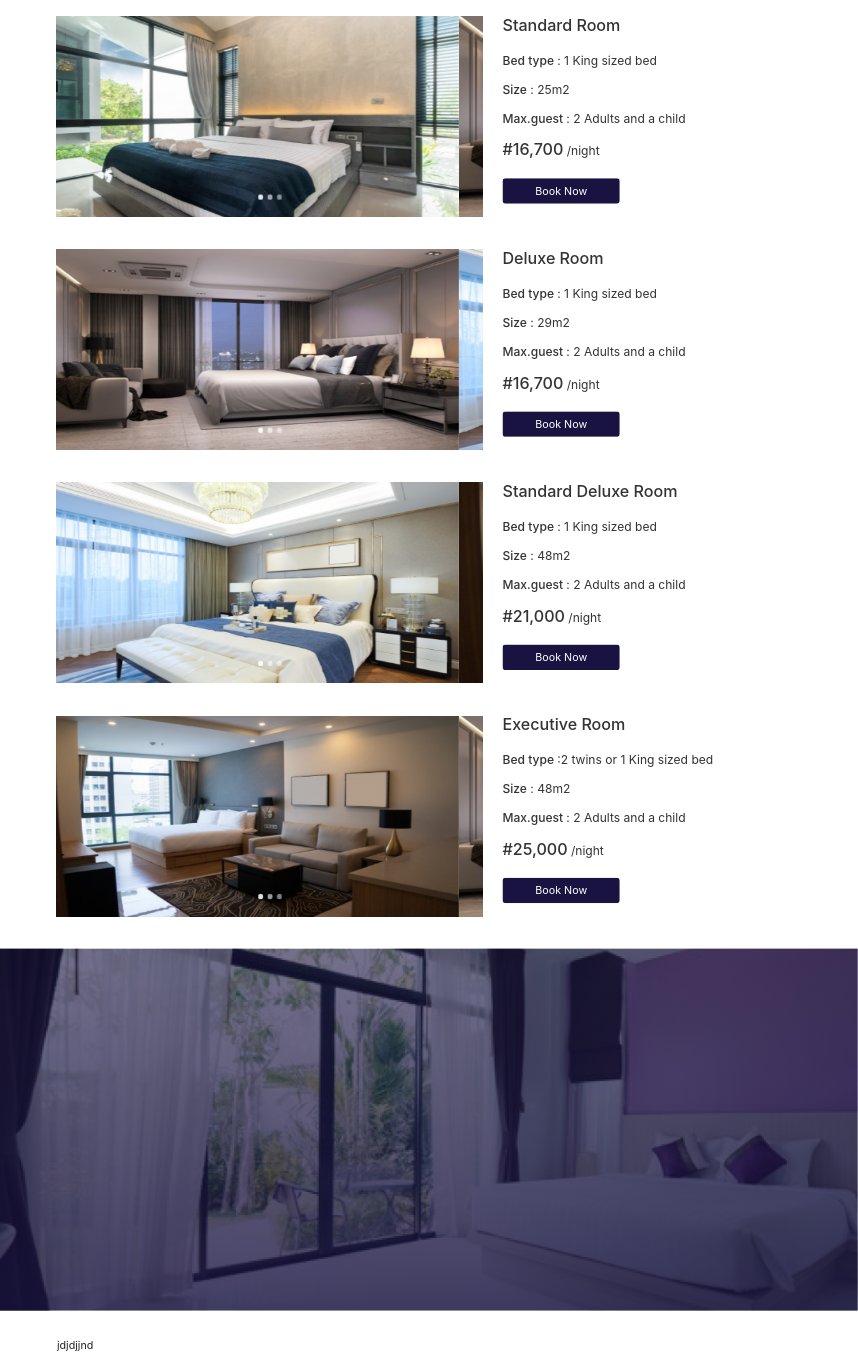
Repository: Syfon01/hotel-website
Page: room.html
The author's editor kept a copy of each file at every save. The page is drawn from the files as they stood at one save, then again after the next save.
The browser window is 1280 px wide. The pictures show the whole page, at 67% of full size.

Above is the page before, as saved 2020-06-08 19:19:28.

After the next save:
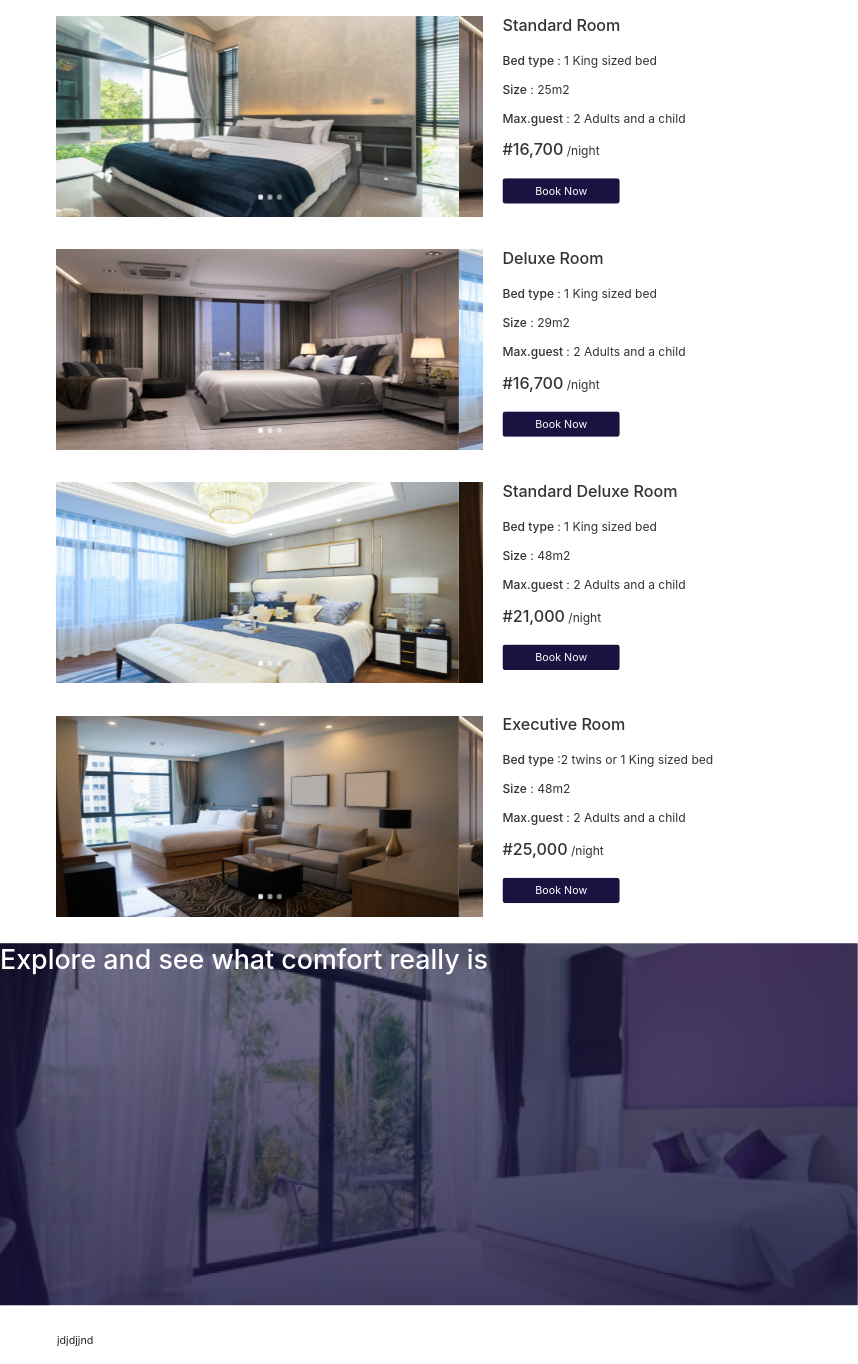
Saved 17 s later.
--- a/room.html
+++ b/room.html
@@ -148,7 +148,7 @@
     <div class="explore py-3">
       <div class='hero'>
         <h1>
-
+          Explore and see what comfort really is
         </h1>
       </div>
 </div>
